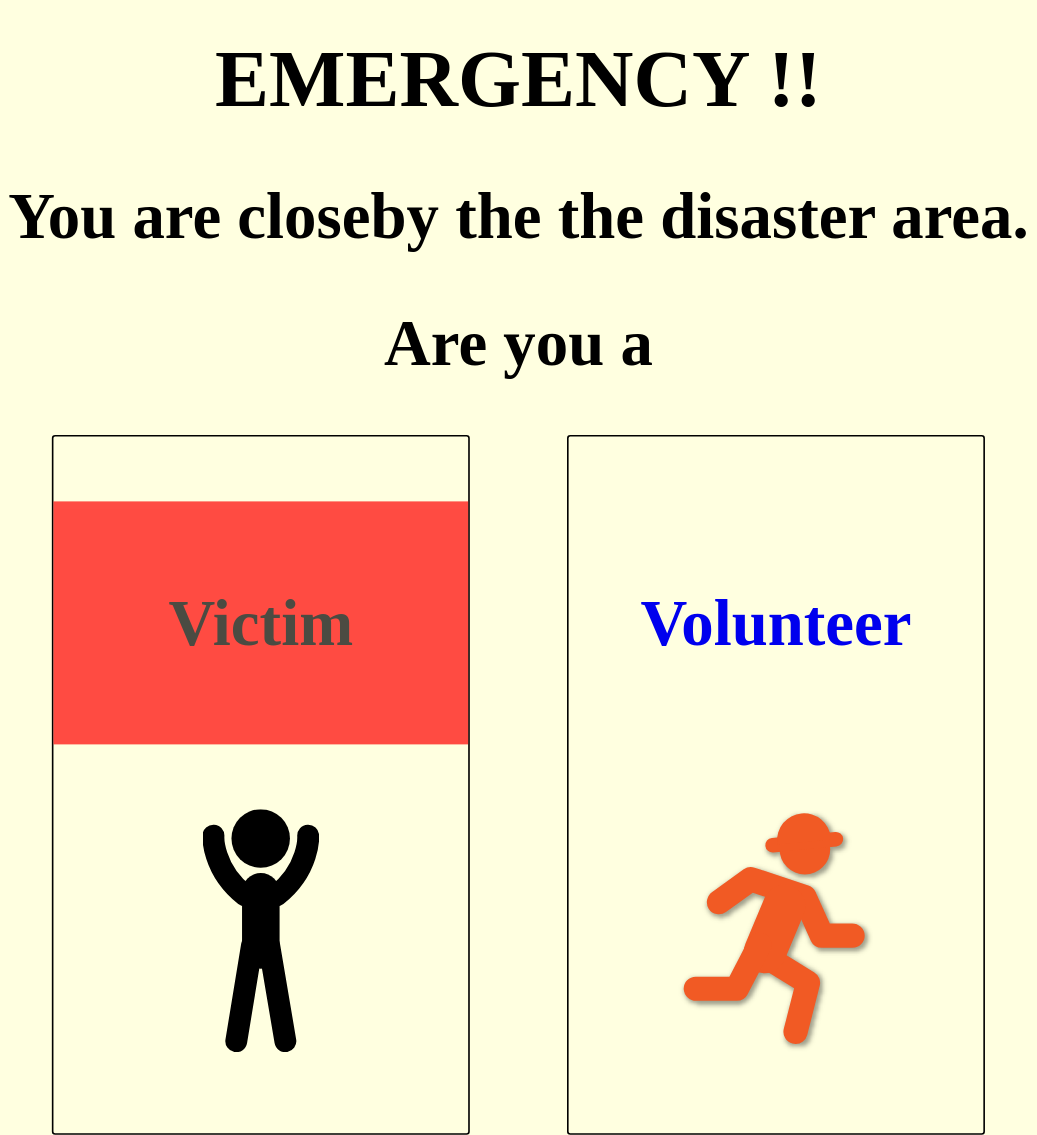
Repository: KittichoteKamalapirat/EMS-management-system
Page: http://localhost/
The author's editor kept a record of every edit. The page is drawn from the files as they stood at one moment, then again after the next edit.
The browser window is 1280 px wide. The pictures show the whole page, at 81% of full size.
The pointer rests on the first visible `.left-box p`.
Some web libraries are served in a nearby version. The page is served by the project's Node server (server.js).

Above is the page before.
Console error: ReferenceError: $ is not defined

### index.html
<!DOCTYPE>
<!DOCTYPE html>
<html>
<head>
    <meta charset = "utf-8">
    <link rel = "stylesheet" href="/css/index.css" type="text/css" />
    <script src="https://use.fontawesome.com/804afe4c6e.js"></script>

    <!--<link rel = "stylesheet" href="/css/hamburger.css" type="text/css" />-->
    <!--<script src="https://ajax.googleapis.com/ajax/libs/jquery/3.3.1/jquery.min.js"></script>-->


</head>

<body>
    <header class = "head-list">
        <h1 class = "head-tag">EMERGENCY !!</h1>

        <h2 class = "head-tag">You are closeby the the disaster area.</h2>
        <h2 class = "head-tag">Are you a</h2>


    </header>
    <div class = "splet-boxes">
    <div class="left-box">
        <p>Victim</p>
        <img class='people' src="/images/victim.svg"></img>
    </div>

    <a href="/skills"><div class="right-box">

        <p>Volunteer</p>
        <img class='people' src="/images/responder.svg"></img>
    </div>
    </a>
    </div>

    <script src='/javascript/index.js'></script>

</body>

</html>

### server.js
const express = require('express')
const path = require('path')
const app = express();
const PORT = process.env.PORT || 8080;

app.use(express.static('public'))

// render map
app.get('/map',(req,res) => res.sendFile(__dirname + '/map.html'))

app.get('/',(req,res) => res.sendFile(__dirname + '/index.html'))

app.get('/skills',(req,res) => res.sendFile(__dirname + '/skills.html'))

// app.get('/loading',(req,res) => res.sendFile(__dirname + '/loading.html'))


app.get('/loading',(req,res) => {
    res.sendFile(__dirname + '/loading.html')
})


app.get('/approve',(req,res) => res.sendFile(__dirname + '/approve.html'))






app.listen(PORT, () => console.log('Server Started...'));

### public/css/index.css
body {
  background: #FFFFE0;
}

  /* Always set the map height explicitly to define the size of the div
       * element that contains the map. */
      #map {
        height: 100%;
      }
      /* Optional: Makes the sample page fill the window. */
      html, body {
        height: 100%;
        margin: 0;
        padding: 0;
      }


/*modal box*/

.head-tag{
  margin-top: 40px;
}
.bg-modal {
  width:100%;
  height: 100%;
  background-color: rgba(0, 0, 0, 0.8);
  position: absolute;
  top: 0;
  display: none;
  justify-content: center;
  align-items: center; }


.bg-modal .close {
  position: absolute;
  font-size: 3rem;
　right: 1rem;
  top: 0, 5rem;
  transform: rotate(45deg);
  cursor: pointer; }


.box{
  display: grid¥;
  justify-content: center;
  margin: 0 auto;
  padding: 5rem;
  width: 50%;
  background-color: white;
  position: relative;
 }

 /*html1について*/
.header {
  height: 100px;
  width:100%;

}
.splet-boxes {
  margin-top: 40px;
}

.left-box {
  margin-left:5%;
  font-size: 80px;
  float: left;
  width:40%;
  text-align: center;
  cursor: pointer;
  line-height: 300px;
  border-radius: 4px;
  border: 2px solid black;
}
p {
  font-weight: bold;

}

.right-box {
  margin-right:5%;
  font-size: 80px;
  float: right;
  width:40%;
  text-align: center;
  line-height: 300px;
  cursor: pointer;
  border-radius: 4px;
  border: 2px solid black;
}
.left-box p:hover {
  background: #FF0000;
  opacity: 0.7;

}
.right-box p:hover {
  background: #66FF99;
  opacity: 0.7;
}


/*html２について*/
.select-skill {
  font-size: 100px;
  text-align: center;
  font-weight: bold;
  margin-top: 100px;
}
li > input {
  position:relative;
   width: 50px;
   height:50px;
  float: left;
  margin: 50px 40px 0 20px;
  transform:scale(1.5);
}

.scrollWrap {
  width: 100%;
  margin: 0px auto;
  overflow: auto;
}
.scrollContent ul {
  margin-top: 50px;
  list-style: none;
  background: white;
  padding: 0;
  position: relative;
}
.scrollContent ul li {
  margin-bottom: 30px;
  font-size: 30px;
  height: 150px;
  line-height: 150px;
  border:1px solid black;
  border-left: solid 6px #2d8fdd;
  position: relative;
}
.selected {
  background: #FFDDFF;
  opacity: 0.5;
}
/*スクロールバーの幅*/
::-webkit-scrollbar {
    width: 6px;
}
/*スクロールバーのレール*/
::-webkit-scrollbar-track {
  border-radius: 30px;
  background: #eee;
}
/*スクロールバーのつまみ*/
::-webkit-scrollbar-thumb {
  border-radius: 30px;
  background: #81D4FA;
}

a {
  text-decoration: none;
}

#decide {
  margin:100px auto 100px;
  font-size: 60px;
  width: 600px;
  padding: 20px 60px 30px 60px;
  text-align: center;
  display: block;
  color: white;
  background: rgb(34,181,115);
　font-size: 70px;
　border-radius: 20px;
　text-align: center;
　line-height: 100px;
}


/*html3について*/


h1 {
  text-align: center;
  font-size: 100px;
}


h2 {
  text-align: center;
  font-size: 80px;
}


h3 {
  text-align: center;
  font-size: 50px;
}


.loading {
  margin-top: 300px;
}

.icon {
  margin: 0 auto;
  width: 100%;
  text-align: center;
  font-size: 100px;
  transition: .4s;
}
.wait {
  margin-top: 0;
}
.thanks {
  margin: 0 auto;
  width: 100%;
  text-align: center;
  font-size: 100px;
}

.container{
    margin: 0 auto;
    text-align:center;
}
.can {
  margin-top: 300px;
}

#loading{
    margin: 0 auto;
    display: block;
    width: 400px;
}
.fa-check-circle:before {
  color: rgb(34,181,115);
}

.go {
  margin:350px auto 100px;
  text-decoration: none;
  text-align: center;
  font-size: 50px;
  border:1px solid black;
  border-radius: 5px;
  display: block;
  color:white;
  background: rgb(34,181,115);
  width:600px;
  height: 100px;
  line-height: 100px;
}


/*direction button for map page*/

#map{
  position: fixed;
  z-index:0;
}
.direction-button{
  font-size: 20px;
  position: relative;
  color: white;
  bottom: 60px;
  left: 20px;
  z-index:10;
  padding: 10px 20px;
  border-radius: 5px;
  background-color: rgb(0,113,188);
  box-shadow: 5px 5px 5px rgba(0, 0, 0, .5);
}

.people{
  height: 300px;
  margin-bottom: 100px;
}

### public/images/victim.svg
<svg xmlns="http://www.w3.org/2000/svg" viewBox="0 0 74.54 155"><defs><style>.cls-1,.cls-2{fill:none;stroke:#000;stroke-linecap:round;stroke-linejoin:round;}.cls-1{stroke-width:24px;}.cls-2{stroke-width:14px;}</style></defs><title>Asset 2</title><g id="Layer_2" data-name="Layer 2"><g id="Layer_1-2" data-name="Layer 1"><circle cx="37.2" cy="18.69" r="18.69"/><line class="cls-1" x1="37.27" y1="52.73" x2="37.27" y2="89.72"/><path class="cls-2" d="M7,16.87S5.89,38.16,27.18,55"/><line class="cls-2" x1="31.62" y1="87" x2="21.58" y2="148"/><path class="cls-2" d="M67.53,16.87S68.65,38.16,47.36,55"/><line class="cls-2" x1="42.62" y1="87" x2="52.96" y2="148"/></g></g></svg>

### public/images/responder.svg
<svg xmlns="http://www.w3.org/2000/svg" xmlns:xlink="http://www.w3.org/1999/xlink" viewBox="0 0 95 118"><defs><style>.cls-1{isolation:isolate;}.cls-2{opacity:0.38;mix-blend-mode:multiply;}.cls-3{fill:#f15a24;}</style></defs><title>Asset 7</title><g class="cls-1"><g id="Layer_2" data-name="Layer 2"><g id="Layer_1-2" data-name="Layer 1"><image class="cls-2" width="95" height="118" xlink:href="data:[embedded picture, 5506 characters]"/><circle class="cls-3" cx="61.52" cy="19.45" r="12.27"/><rect class="cls-3" x="42.26" y="12.49" width="37.87" height="7.1" rx="3.55" transform="translate(-1.25 5.9) rotate(-5.47)"/><path class="cls-3" d="M74.13,13.85l.09.94-26.07,2.5-.09-.95a13.09,13.09,0,1,1,26.07-2.49Z"/><path class="cls-3" d="M84.6,67.33H69.76a5.93,5.93,0,0,1-5.39-3.47L57,47.54h0l-20.74-7h0l-13,9.36a5.89,5.89,0,0,1-8.31-1.47,6.06,6.06,0,0,1,1.66-8.24l15.25-11a5.93,5.93,0,0,1,5.33-.81l26,8.73a5.93,5.93,0,0,1,3.5,3.16l6.9,15.2,0,0H84.33a6.05,6.05,0,0,1,6.15,5.73A5.88,5.88,0,0,1,84.6,67.33Z"/><path class="cls-3" d="M57,114a6,6,0,0,1-1.45-.18,5.89,5.89,0,0,1-4.26-7.16l5-19.66s0,0,0,0l-17-10.55A6.07,6.07,0,0,1,37,68.31a5.89,5.89,0,0,1,8.19-2l20.91,13a5.9,5.9,0,0,1,2.61,6.48l-6.06,23.84A5.88,5.88,0,0,1,57,114Z"/><path class="cls-3" d="M42.11,79.7A10.42,10.42,0,0,1,37,78.33a10.53,10.53,0,0,1-4.24-13.21l9.13-21.88a10.53,10.53,0,0,1,12.74-6.16A10.3,10.3,0,0,1,61,50.87L51.62,73.36A10.3,10.3,0,0,1,42.11,79.7Z"/><path class="cls-3" d="M28.52,93.07H8.93a6.06,6.06,0,0,1-6.16-5.73,5.88,5.88,0,0,1,5.88-6H24.94a0,0,0,0,0,0,0L34.4,63.05a5.88,5.88,0,1,1,10.45,5.41L33.77,89.88A5.92,5.92,0,0,1,28.52,93.07Z"/></g></g></g></svg>

### public/javascript/index.js
// turn 3 stripes to X
$("#hamburger").click(function(){
  $("#hamburger").toggleClass("is-active")
});

// toggle nav bar
$("#hamburger").click(function(){
  $("ul").toggleClass("active")
});

// $("#hamburger").click(function(){
//   $(".backtohome").toggleClass("not-active")
// });

After the next edit:
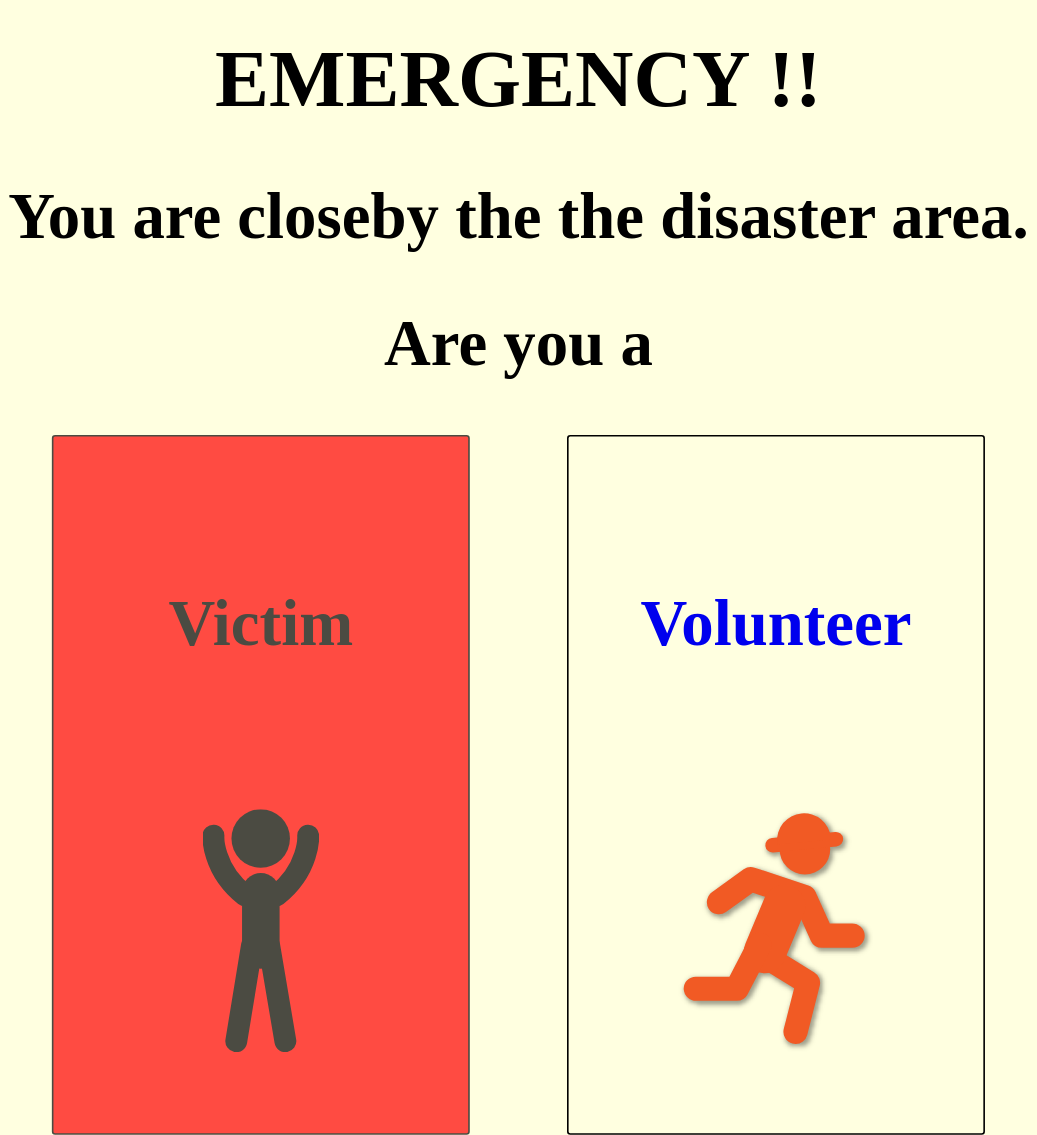
The edit:
--- a/public/css/index.css
+++ b/public/css/index.css
@@ -87,7 +87,7 @@
   border-radius: 4px;
   border: 2px solid black;
 }
-.left-box p:hover {
+.left-box:hover {
   background: #FF0000;
   opacity: 0.7;
 
